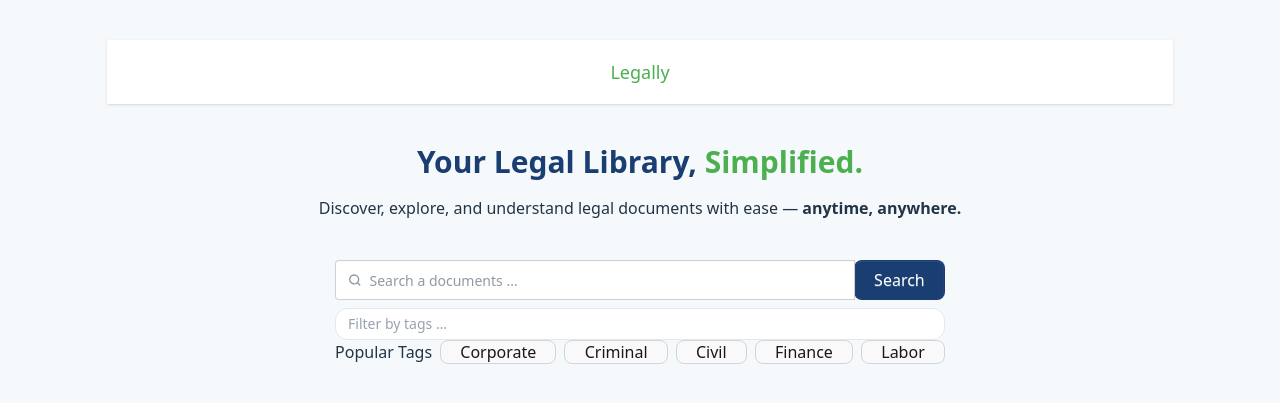
Repository: OdinPie/legal-search-acmeai
Page: / (app in legal-frontend/)
The author's editor kept a copy of each file at every save. The page is drawn from the files as they stood at one save, then again after the next save.
The browser window is 1280 px wide. The pictures show the whole page.
The project was rebuilt for these pictures with package versions that can differ from the ones it lists, and the page was loaded fresh each time. Also part of the build but not shown: legal-frontend/vite.config.js.

Above is the page before, as saved 2025-11-05 23:53:55.

### legal-frontend/index.html
<!doctype html>
<html lang="en">
  <head>
    <meta charset="UTF-8" />
    <link rel="icon" type="image/svg+xml" href="/vite.svg" />
    <meta name="viewport" content="width=device-width, initial-scale=1.0" />
    <title>legal-frontend</title>
  </head>
  <body>
    <div id="root"></div>
    <script type="module" src="/src/main.jsx"></script>
  </body>
</html>

### legal-frontend/src/App.jsx
import './App.css'
import Home from './pages/Home'

function App() {

  return (
    <>
      <Home></Home>
    </>
  )
}

export default App

### legal-frontend/src/App.css
@import "tailwindcss";

@plugin "daisyui";

### legal-frontend/src/pages/Home.jsx
import React from 'react';
import SearchSection from '../components/SearchSection';
import Navbar from '../components/Navbar';
import Banner from '../components/Banner';
const Home = () => {
    return (
        <div className='bg-[#F6F9FC] min-h-screen min-w-screen'>
            <Navbar></Navbar>
            <Banner></Banner>
            {/* <SearchSection></SearchSection> */}
            {/* Your Legal Library, Simplified.
                Discover, explore, and understand legal documents with ease — anytime, anywhere. */}
        </div>
    );
};

export default Home;

### legal-frontend/src/components/SearchSection.jsx
import { useState } from "react";
import TagBar from "./TagBar";

export default function SearchSection() {

  const [query, setQuery] = useState("");
  const [keywords, setKeywords] = useState([]);

  return (
    <div className="my-10">
      <div className="join w-full max-w-2xl mx-auto">
    <label className="input validator join-item flex-1 min-w-0">
      <svg className="h-[1em] opacity-50" xmlns="http://www.w3.org/2000/svg" viewBox="0 0 24 24">
    <g
      strokeLinejoin="round"
      strokeLinecap="round"
      strokeWidth="2.5"
      fill="none"
      stroke="currentColor"
    >
      <circle cx="11" cy="11" r="8"></circle>
      <path d="m21 21-4.3-4.3"></path>
    </g>
  </svg>
      <input className="grow" type="text" placeholder="Search a documents ..." required />
    </label>

  <button className="btn join-item !bg-[#1A3E72] !text-white" >Search</button>
</div>
    <TagBar value={keywords} onChange={setKeywords} />
    </div>
  );
}

### legal-frontend/src/components/Navbar.jsx
export default function Navbar() {

  return (
    <div className="flex justify-center sticky top-10 ">
        <div className="navbar bg-base-100 shadow-sm sticky z-10 w-10/12">
    <div className="flex justify-center w-full">
        <a className="btn btn-ghost text-lg !text-[#4CAF50]">Legally</a>
    </div>
    </div>
    </div>
  );
}

### legal-frontend/src/components/Banner.jsx
import React from 'react';
import SearchSection from './SearchSection';

const Banner = () => {
    return (
        <div>
            <div className='flex flex-col items-center justify-center text-center mt-20'>
                {/*Banner writings here  */}
                <h1 className='!text-3xl font-bold text-[#1A3E72]'>Your Legal Library, <span className='text-[#4CAF50]'>Simplified.</span></h1>
                <p className='mt-4'>Discover, explore, and understand legal documents with ease — <span className='font-bold'>anytime, anywhere.</span></p>
                <SearchSection></SearchSection>
            </div>
        </div>
    );
};

export default Banner;

### legal-frontend/src/components/TagBar.jsx
import { useState, useRef } from "react";

const maxTags = 5;
 const suggetions = ["Corporate", "Criminal", "Civil", "Finance", "Labor"];

export default function TagBar({ value = [], onChange }) {
  const [input, setInput] = useState("");

  const addTag = (raw) => {
    const tag = raw.trim();
    if (!tag) return;
    const norm = tag.toLowerCase();
    const has = value.some(t => t.toLowerCase() === norm);
    if (has || value.length >= maxTags) return;  // if it already exists in the tag list or tag list already filled up? --> return
    onChange([...value, tag]);
    setInput("");
  };

  const removeTag = (tag) => {
    onChange(value.filter(t => t !== tag))
  };

  const handleKeyDown = (e) => {
    if (["Enter", ","," "].includes(e.key)) {
      e.preventDefault();
      addTag(input);
        }  else if (e.key === "Backspace" && !input && value.length) {
      removeTag(value[value.length - 1]);  // remove the last node
       }
  };

  const atLimit = value.length >= maxTags;

  return (
    <div className="my-2">
      <div
        className="flex items-center gap-2 overflow-clip no-scrollbar h-8 w-full rounded-xl border border-gray-200 bg-white px-3"
      >
        {value.map(tag => (
          <span
            key={tag}
            className="flex items-center gap-1 rounded-full bg-blue-50 text-blue-800 border border-blue-200 badge !text-sm">
              {tag}
            <button
              onClick={() => removeTag(tag)}
              className="size-1 flex justify-center items-center rounded-full hover:!bg-red-100"
            >
              ✕
            </button>
          </span>
        ))}

        <input
          value={input}
          onChange={(e) => setInput(e.target.value)}
          onKeyDown={handleKeyDown}
          disabled={atLimit}
          placeholder={atLimit ? "Max tags reached" : "Filter by tags …"}
          className="min-w-[8ch] flex-1 bg-transparent outline-none text-sm placeholder-gray-400"
        />
      </div>

      <div className="flex justify-center gap-2">
        <p className="">Popular Tags</p>
        {suggetions.map(s => {
          const taken = value.some(t => t.toLowerCase() === s.toLowerCase());
          return (
            <button
              key={s}
              disabled={taken || atLimit}
              onClick={() => addTag(s)}
              className={`btn btn-xs text-sm
                ${taken ? "!border-gray-200 !text-gray-400 !cursor-not-allowed"
                        : "!border-gray-300 hover:!bg-blue-50 hover:!border-blue-400"}`}
            >
              {s}
            </button>
          );
        })}
      </div>
    </div>
  );
}

Loaded but not shown: legal-frontend/src/main.jsx (common file); legal-frontend/src/index.css (common file)

After the next save:
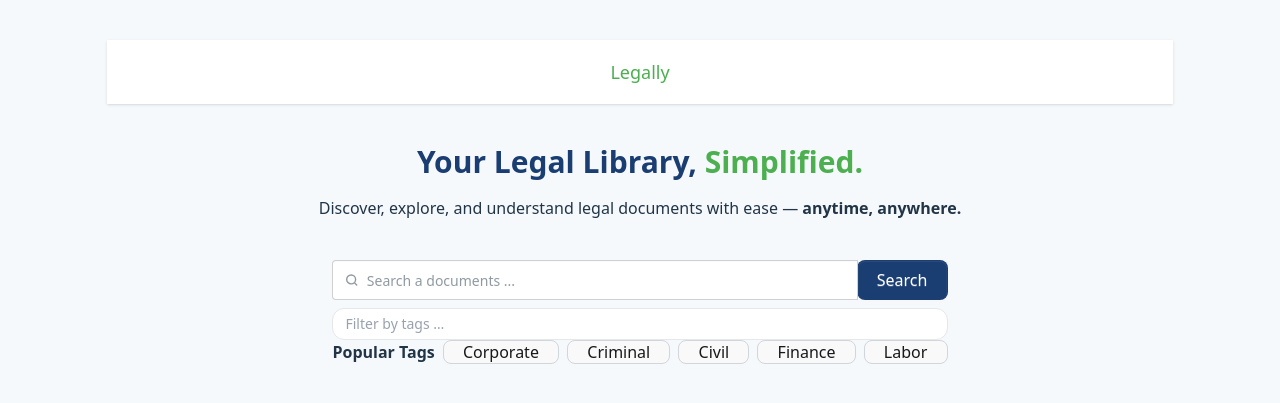
Saved 5 s later.
--- a/legal-frontend/src/components/TagBar.jsx
+++ b/legal-frontend/src/components/TagBar.jsx
@@ -61,7 +61,7 @@ export default function TagBar({ value = [], onChange }) {
       </div>
 
       <div className="flex justify-center gap-2">
-        <p className="">Popular Tags</p>
+        <p className="font-bold">Popular Tags</p>
         {suggetions.map(s => {
           const taken = value.some(t => t.toLowerCase() === s.toLowerCase());
           return (
